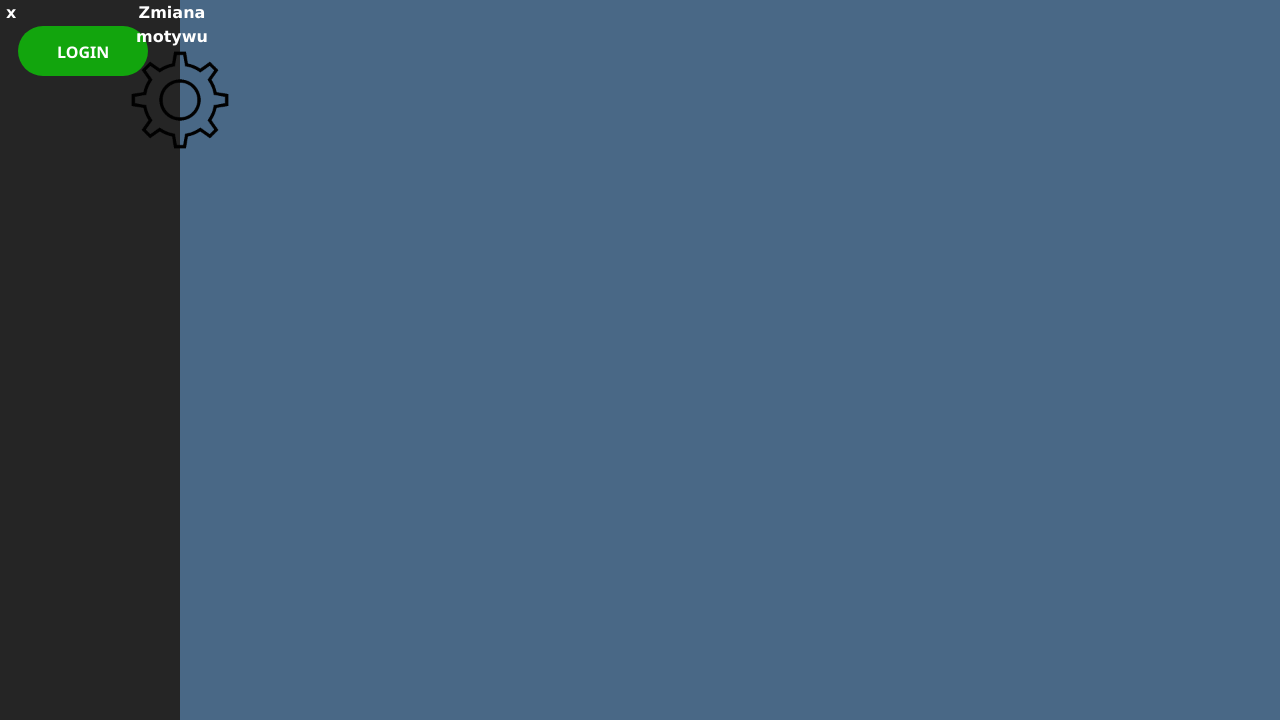
Repository: K4ziWolf/kazi
Page: /, after clicking the first element matching `button.xd-btn`
The author's editor kept a copy of each file at every save. The page is drawn from the files as they stood at one save, then again after the next save.
The browser window is 1280 px wide. The pictures show the whole page.
The project was rebuilt for these pictures with package versions that can differ from the ones it lists, and the page was loaded fresh each time. Also part of the build but not shown: vue.config.js, src/components/login_screen.vue, src/components/option_screen.vue.

Above is the page before, as saved 2023-10-20 19:41:27.

### src/App.vue
<template>
<body>
  <div id="box">
    <div class="x-btn"><button class="xd-btn" v-bind:class="open_menu_button " @click="showMenuScreen">Pokaż menu</button>
      <menu_screen v-if="isMenuScreenVisible" @hide-menu-screen="hideMenuScreen" @show-login-screen="showLoginScreen" @change-theme="changeTheme" @option-open="optionOpener">
    </menu_screen>

    <div> <!--menu_scree i login_screen odpowiedzialne są za pokazywanie się tych komponentów-->
      <login_screen v-if="isLoginScreenVisible" @hide-login-screen="hideLoginScreen">
      </login_screen>
    </div>
    <option_screen v-if="isOptionScreenVisible" @hide-option-screen="HideOptionScreen">
      </option_screen>
  </div>
  </div>
</body>
</template>

<script>
import menu_screen from './components/menu_screen.vue';
import login_screen from './components/login_screen.vue';
import option_screen from './components/option_screen.vue';
export default {
  components: {
    menu_screen,
    login_screen,
    option_screen,
  },
  data() {
    return {
      open_menu_button: "show",
      open_login_button: "show",
      isLoginScreenVisible: false,
      isMenuScreenVisible: false,
      changecolor:0,
      isOptionScreenVisible: false,
    };
  },
  methods: {
    optionOpener(){
      this.isOptionScreenVisible = true;
    },
    HideOptionScreen(){
      setTimeout(() => {
      this.isOptionScreenVisible = false;
      }, 1000);
    },
    changeTheme() {
        this.changecolor += 1;
      if (this.changecolor % 2 === 0) {
        document.body.style.backgroundColor = 'blue';
      } else {
        document.body.style.backgroundColor = 'red';
      }
    },
    showMenuScreen() { //funkcja pokazująca menu
      this.isMenuScreenVisible = true;
      this.open_menu_button = "hidden";
      this.open_login_button = "show";
    },
    hideMenuScreen() {
      setTimeout(() => { //timeout aby animacja była płynna
        this.open_menu_button = "show";
        this.isMenuScreenVisible = false;
      }, 1200);
    },
    showLoginScreen() {
      this.isLoginScreenVisible = true;
      setTimeout(() => {
      this.isMenuScreenVisible = false;
      }, 1000);
    },
    hideLoginScreen() {
      setTimeout(() => {
        this.open_login_button = "show";
        this.open_menu_button ='show'
        this.isLoginScreenVisible = false;
      }, 1500);
    },
  },
};
</script>

<style>
@import '/src/style.css';

#app {
  font-family: Avenir, Helvetica, Arial, sans-serif;
  -webkit-font-smoothing: antialiased;
  -moz-osx-font-smoothing: grayscale;
  text-align: center;
  color: #2c3e50;
}
.show {
  opacity: 1;
  animation: show_button 0.4s;
}
@keyframes show_button {
  from {
    opacity: 0;
  }
  to {
    opacity: 1;
  }
}
.hidden {
  animation: hide_button 0.4s;
  opacity: 0;
}
@keyframes hide_button {
  from {
    opacity: 1;
  }
  to {
    opacity: 0;
  }
}
body { /*testy moje do zmiany */
  height: 100%;
  width: 100%;
  background-color: rgb(127, 247, 207);
}
.x-btn {
  background-color: rgb(61, 61, 61);
  justify-content: left;
  text-align: left;

}
.xd-btn {
  text-decoration: none;
  border: none;
  font-family: Verdana, Geneva, Tahoma, sans-serif;
  background-color: #2c3e50;
  border-bottom-left-radius: 25px;
  border-bottom-right-radius: 25px;
  color: white;
  font-weight: bolder;
  position: absolute;
  justify-content: left;
}
html {
  background-color: #496886;
}
</style>

### src/style.css
template {
    background-color: aqua;
}

### src/components/menu_screen.vue
<template>
    <div class="holder-ten1" id="menu_holder" :class="menu_box_show">
      <div class="pole-exit-btn" id="Exit_menu_button">
        <button class="exit-baton" id="menu_exit_button " @click="hideMenuScreen">x</button>
        <button class="baton" id="poka-login" v-bind:class="open_login_button" @click="showLoginScreen">
          LOGIN
        </button>
      </div>
      <div>
        <button id="change_theme_btn" v-bind:class="change_theme_button" @click="changeTheme">
          Zmiana motywu
        </button>
        <div id="gear_icon_box">
        <img
          v-bind:class="open_option_button"
          src="../assets/gear_icon.png"
          alt="Gear Icon"
          @mouseenter="openOptionButtonEnter"
          @mouseleave="openOptionButtonLeave"
          @click="open_options"
        />
      </div>
    </div>
    </div>
  </template>

  <script>
  export default {
    data() {
      return {
        menu_box_show: "show",
        open_option_button: "unanimated",
        change_theme_button:"bright",// zmienna która definiuje czy komponent jest widoczyny
      };
    },
    methods: {
      open_options(){
        this.$emit('option-open');

      },
      changeTheme() {
        if (this.change_theme_button === 'dark') {
          this.change_theme_button = 'bright';
        } else {
          this.change_theme_button = 'dark';
        }
          this.$emit('change-theme');
      },
      hideMenuScreen() {
        this.$emit('hide-menu-screen');
        this.menu_box_show = "hide";
      }, //emit to event, czyli wysłanie do komponenta rodzica komendy wywołania funckji w tym przypadku hideMenuScreen
      showLoginScreen() {
        this.menu_box_show = "hide";
        setTimeout(() => {
          this.$emit('show-Login-Screen');
        }, 200); //opóźnienie dla dobra animacji chyba tak mi się wydaje dawno temu to pisałem
      },
      openOptionButtonEnter() {
        this.open_option_button = "animated";
      },
      openOptionButtonLeave(){
        this.open_option_button = "unanimated";
      },
    },
  };
  </script>
  <style scoped>  /* scoped dotyczy tylko tego dokumentu */
  .show {
    animation: show_animation 1s ease-in-out;
  }
  @keyframes show_animation {
    from {
      opacity: 0;
      transform: translate3d(-40%, 0, 0);
    }
    to {
      opacity: 1;
      transform: translate3d(0, 0, 0);
    }
  }
  .hide {
    opacity: 0;
    animation: hide_animation 1s ease-in-out;
  }
  @keyframes hide_animation {
    from {
      opacity: 1;
      transform: translate3d(0, 0, 0);
    }
    to {
      opacity: 0;
      transform: translate3d(-40%, 0, 0);
    }
  }

  #menu_holder { /*testy moje do zmiany */
    background-color: rgb(37, 37, 37) !important;
    width: 180px;
    height: 100% !important;
    display: grid;
   position: absolute;
   grid-template-columns: 1fr 1fr;
   grid-template-rows: 1fr 1fr 1fr 1fr 1fr;
   gap: 0px;
   grid-template-areas:
     ". Exit_menu_button"
     " poka-login ."
     ". . .";


  }
  .baton {
    background-color: rgb(18, 165, 13);
    display: inline-grid;
    text-decoration: none;
    width: 130px;
    height: 50px;
    border-radius: 25px;
    text-align: center;
    font-family: 'Segoe UI', Tahoma, Geneva, Verdana, sans-serif;
    border: none;
    justify-content: center;
    align-self: center;
    color: white;
    margin-left: 14%;
    line-height: 50px;
    font-weight: bold;
  }
  .exit-baton {
    border: none;
    background-color: transparent;
    display: grid;

    font-family:Verdana, Geneva, Tahoma, sans-serif;
    font-weight: bold;
    color: white;


  }
  holder-ten1 {
    background-color: rgb(37, 37, 37);
  }
  pole-exit-btn {
    background-color: rgb(37, 37, 37);
  }
  .dark{
    background-color: #333;
    color: #fff;

  }
  .bright{
    color: #333;
  }
  #gear_icon_box img {
    max-width: 100px;
    cursor: pointer;
  }
  .unanimated{
  animation: back_spin 3s ease;
}
  .animated{
    animation: spin 1s linear infinite;
  }
  @keyframes spin {
  from {
    transform: rotate(0deg);
  }
  to {
    transform: rotate(360deg);
  }
}
@keyframes back_spin {
  from {
    transform: rotate(360deg); /* Use the actual position you want to rotate back to */
  }
  to {
    transform: rotate(0deg);
  }
 }
  #gear_icon_box{
    height: 30px;
    width: 30px;
  }
  #change_theme_btn{
    border: none;
    background-color: transparent;
    display: grid;

    font-family:Verdana, Geneva, Tahoma, sans-serif;
    font-weight: bold;
    color: white;
  }
  </style>

Loaded but not shown: public/index.html (common file); src/main.js (common file)

After the next save:
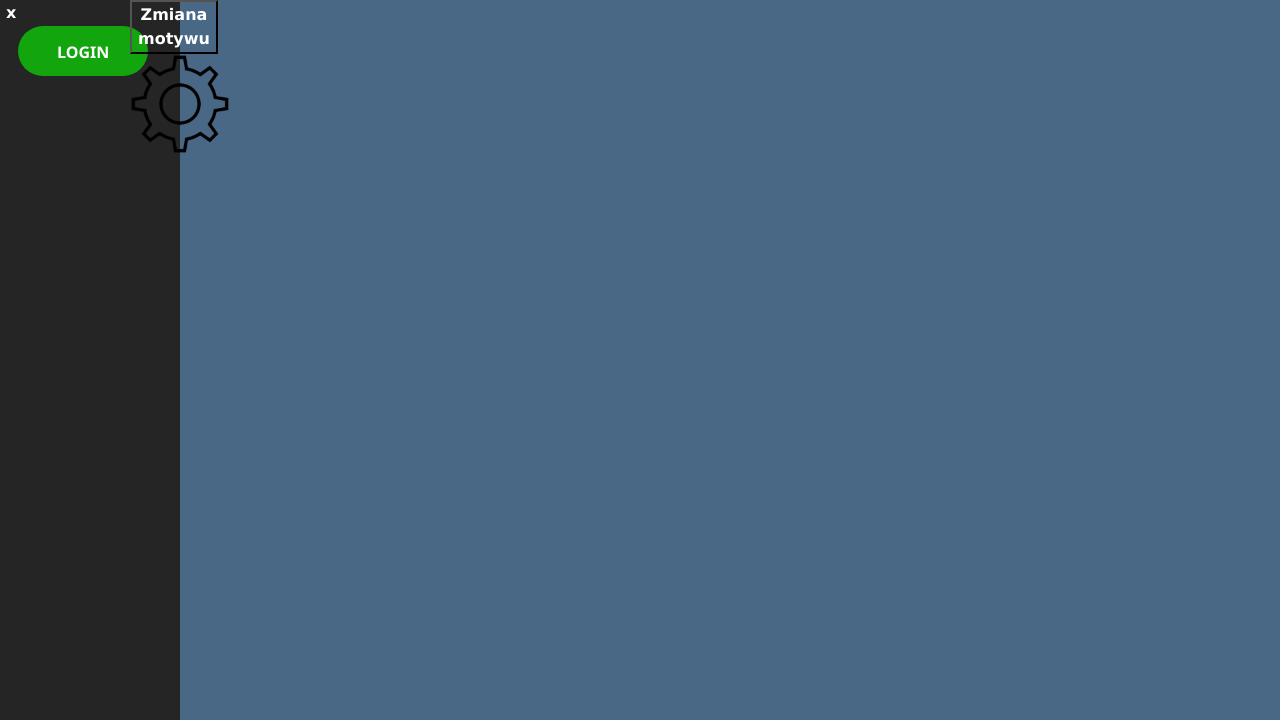
Saved 15 s later.
--- a/src/components/menu_screen.vue
+++ b/src/components/menu_screen.vue
@@ -183,7 +183,7 @@
     width: 30px;
   }
   #change_theme_btn{
-    border: none;
+
     background-color: transparent;
     display: grid;
 
